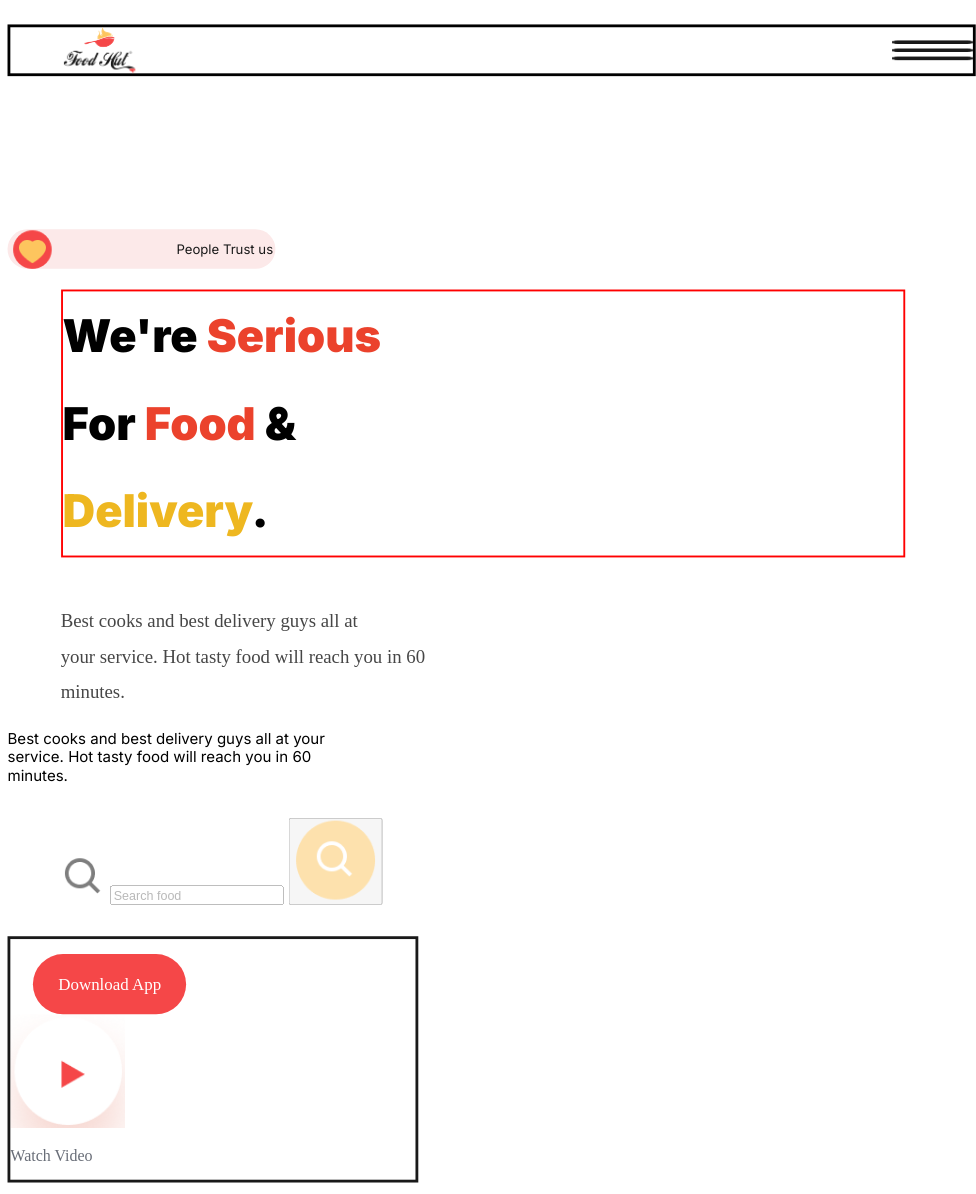
Repository: ReyhanehRahmani/Food-Hut
Page: FoodHut.html
These files come from the project's save history. The page is drawn as it stood at one moment and after the next save; the edit follows.
The browser window is 1024 px wide. The page is 1038 px wide, so the pictures cover 1038 px, including what lies to the right of the window. The pictures show the whole page, at 94% of full size.
Some web fonts or font styles are not loaded; a fallback is used.

Above is the page before, as saved 2025-05-28 23:28:34.

After the next save:
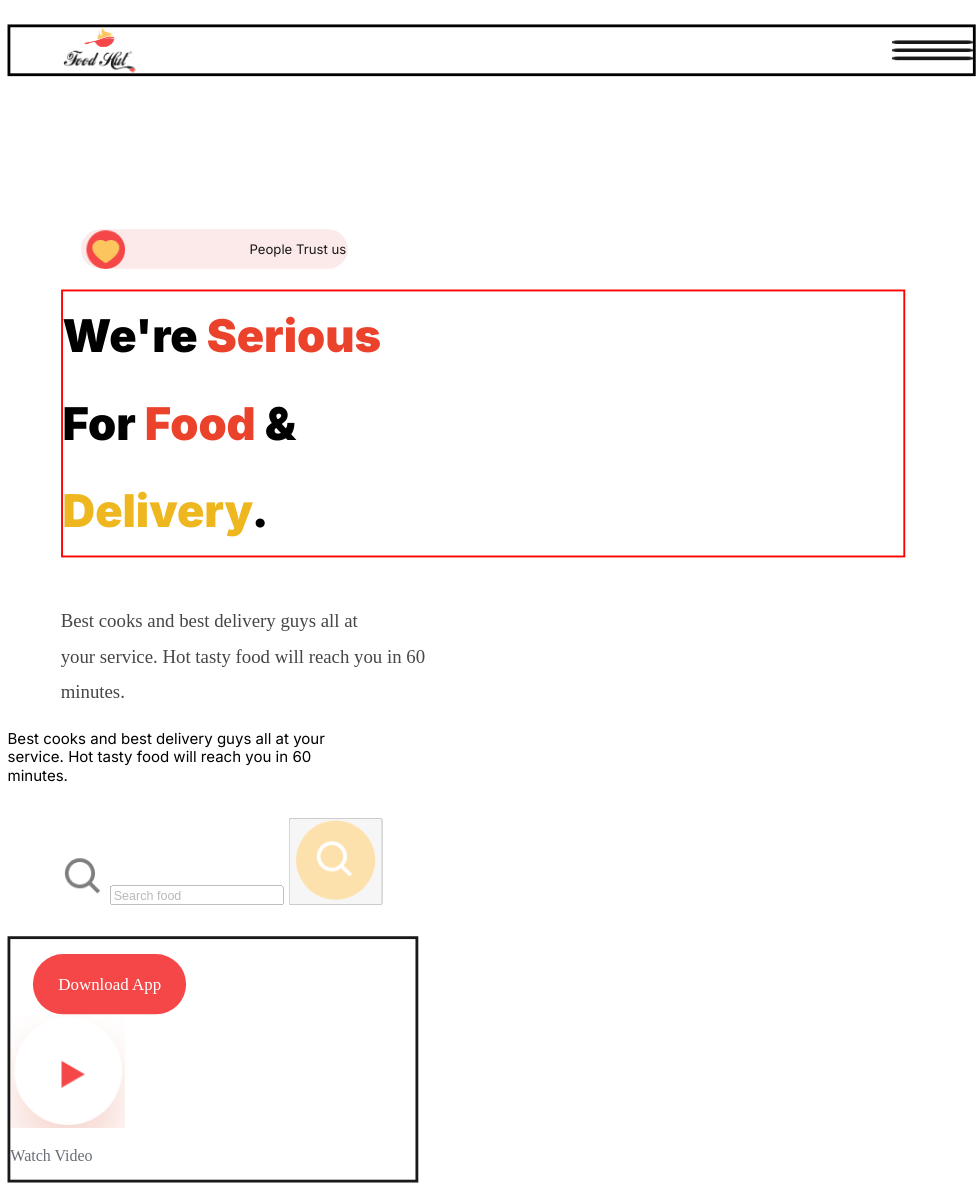
Saved 26 s later.
--- a/FoodHut.css
+++ b/FoodHut.css
@@ -75,6 +75,7 @@ body {
     white-space: nowrap;
     background-color: #fce9e9;
     margin-top: 16.228070175%;
+    margin-left: 7.710280374%;
 }
 
 #trust{
